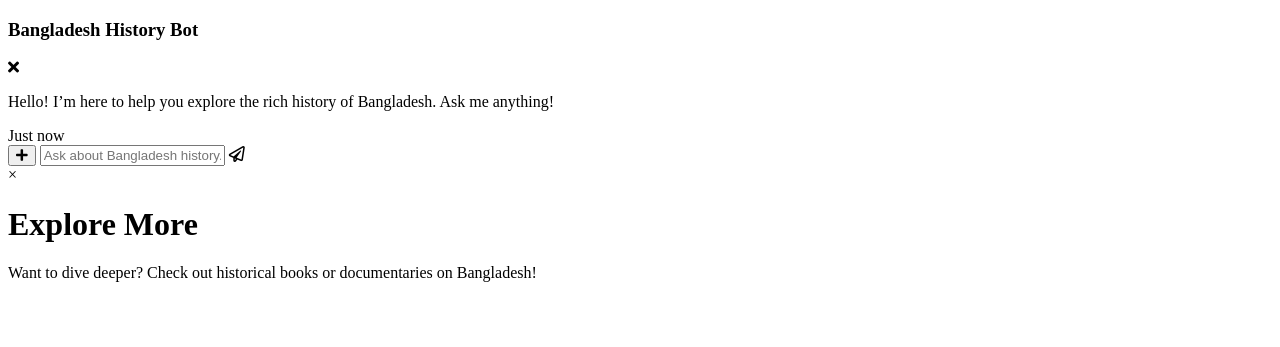
Repository: Tanmoy4672/End-to-End-Histobot
Page: templates/index.html
The author's editor kept a copy of each file at every save. The page is drawn from the files as they stood at one save, then again after a run of saves.
The browser window is 1280 px wide. The pictures show the whole page.
The template is drawn by Flask 3. The application's start-up code is not run. Other server files are loaded and not shown. The template is opened directly, without the code that normally fills it, so the values that code supplies are empty.

Above is the page before, as saved 2025-02-23 11:47:42.

### templates/index.html
<!DOCTYPE html>
<html lang="en">
<head>
    <meta charset="UTF-8">
    <meta name="viewport" content="width=device-width, initial-scale=1.0">
    <title>Bangladesh History Chatbot</title>
    <link rel="stylesheet" href="https://cdnjs.cloudflare.com/ajax/libs/font-awesome/5.15.4/css/all.min.css">
    <style>

    </style>
</head>
<body>
    <div class="chat-box">
        <div class="chat-box-header">
            <h3>Bangladesh History Bot</h3>
            <p><i class="fa fa-times"></i></p>
        </div>
        <div class="chat-box-body">
            <div class="chat-box-body-receive">
                <p>Hello! I’m here to help you explore the rich history of Bangladesh. Ask me anything!</p>
                <span>Just now</span>
            </div>
        </div>
        <div class="chat-box-footer">
            <button id="addExtra"><i class="fa fa-plus"></i></button>
            <input id="user-input" placeholder="Ask about Bangladesh history..." type="text" />
            <i class="send far fa-paper-plane"></i>
        </div>
    </div>
    <div class="chat-button"><span></span></div>
    <div class="modal">
        <div class="modal-content">
            <span class="modal-close-button">×</span>
            <h1>Explore More</h1>
            <p>Want to dive deeper? Check out historical books or documentaries on Bangladesh!</p>
        </div>
    </div>

    <script src="https://code.jquery.com/jquery-3.6.0.min.js"></script>
    <script src="../script/script.js"></script>
</body>
</html>

### script/script.js
$(document).ready(function () {
    // Toggle chat button and chat box
    $('.chat-button').on('click', function () {
        $('.chat-button').css({ "display": "none" });
        $('.chat-box').css({ "visibility": "visible" });
    });

    $('.chat-box-header p').on('click', function () {
        $('.chat-button').css({ "display": "block" });
        $('.chat-box').css({ "visibility": "hidden" });
    });

    // Toggle modal
    $("#addExtra").on("click", function () {
        $(".modal").toggleClass("show-modal");
    });

    $(".modal-close-button").on("click", function () {
        $(".modal").toggleClass("show-modal");
    });

    // Chatbot functionality
    $('.send').on('click', sendMessage);
    $('#user-input').on('keypress', function (e) {
        if (e.which == 13) { // Enter key
            sendMessage();
        }
    });

    function sendMessage() {
        let userInput = $('#user-input').val().trim();
        if (userInput === "") return;

        // Add user's message to chat
        let userMessage = `
            <div class="chat-box-body-send">
                <p>${userInput}</p>
                <span>${new Date().toLocaleTimeString([], { hour: '2-digit', minute: '2-digit' })}</span>
            </div>`;
        $('.chat-box-body').append(userMessage);

        // Clear input
        $('#user-input').val("");

        // Send to backend via AJAX
        $.ajax({
            url: "/get",
            type: "POST",
            contentType: "application/json",
            data: JSON.stringify({ message: userInput }),
            success: function (response) {
                if (response.response) {
                    let botMessage = `
                        <div class="chat-box-body-receive">
                            <p>${response.response}</p>
                            <span>${new Date().toLocaleTimeString([], { hour: '2-digit', minute: '2-digit' })}</span>
                        </div>`;
                    $('.chat-box-body').append(botMessage);
                } else {
                    let errorMessage = `
                        <div class="chat-box-body-receive">
                            <p>Sorry, I couldn’t process your request. Please try again.</p>
                            <span>${new Date().toLocaleTimeString([], { hour: '2-digit', minute: '2-digit' })}</span>
                        </div>`;
                    $('.chat-box-body').append(errorMessage);
                }
                // Auto-scroll to bottom
                $('.chat-box-body').scrollTop($('.chat-box-body')[0].scrollHeight);
            },
            error: function (error) {
                console.error("Error:", error);
                let errorMessage = `
                    <div class="chat-box-body-receive">
                        <p>Sorry, there was an error. Please try again later.</p>
                        <span>${new Date().toLocaleTimeString([], { hour: '2-digit', minute: '2-digit' })}</span>
                    </div>`;
                $('.chat-box-body').append(errorMessage);
                $('.chat-box-body').scrollTop($('.chat-box-body')[0].scrollHeight);
            }
        });
    }
});

After the next 3 saves:
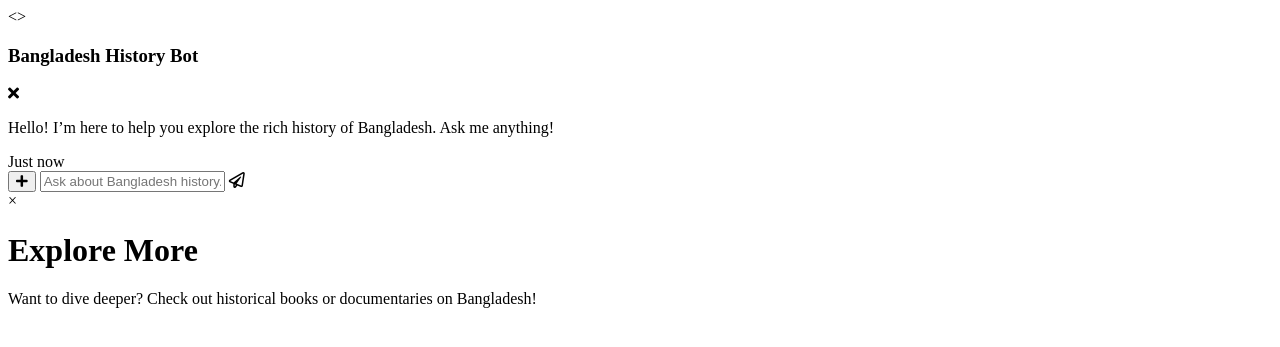
The 3 saves are shown as one change because they came seconds apart.
The last was saved 22 s later.
--- a/templates/index.html
+++ b/templates/index.html
@@ -5,9 +5,9 @@
     <meta name="viewport" content="width=device-width, initial-scale=1.0">
     <title>Bangladesh History Chatbot</title>
     <link rel="stylesheet" href="https://cdnjs.cloudflare.com/ajax/libs/font-awesome/5.15.4/css/all.min.css">
-    <style>
+    <>
 
-    </style>
+
 </head>
 <body>
     <div class="chat-box">
